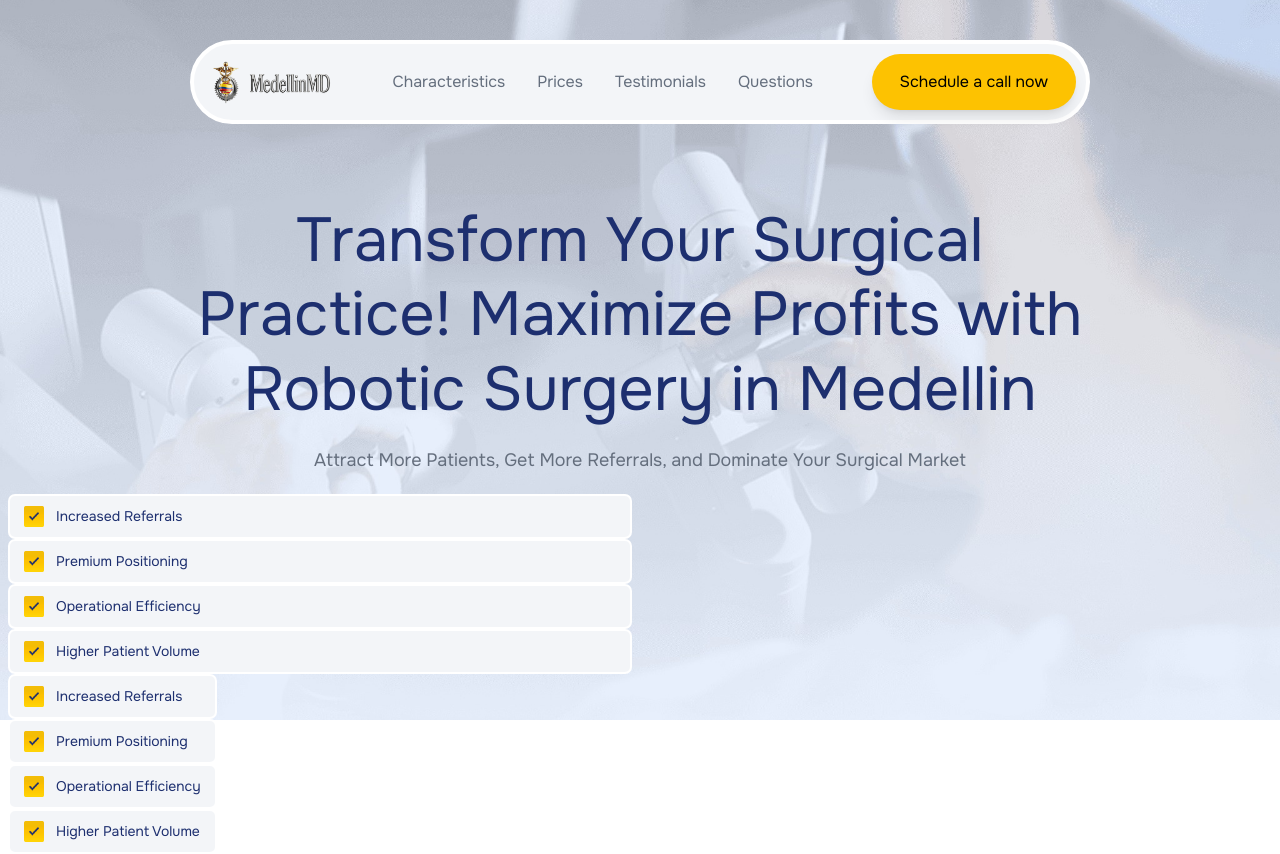
Repository: emmanueltech2019/cmd
Page: /home
These files come from the project's save history. The page is drawn as it stood at one moment and after the next save; the edit follows.
The browser window is 1280 px wide. The pictures show the whole page.
The project was rebuilt for these pictures with package versions that can differ from the ones it lists, and the page was loaded fresh each time. The framework's server and built-in components were replaced by stand-ins that run in the browser. Also part of the build but not shown: next.config.mjs.

Above is the page before, as saved 2025-05-15 16:40:30.

### src/app/home/page.jsx
import React from 'react'
import Image from 'next/image'
import medellinHero from '@/images/jpg/medellinHero.jpg'
import medellinLogo from '@/images/png/medellinLogo.png'
import medellinCheck from '@/images/png/medellinCheck.png'
import SlideView from '../components/SlideView'
import Button from '../components/Button'

const page = () => {
    const slideViewData = [
        { id: 1, text: 'Increased Referrals', image: medellinCheck },
        { id: 2, text: 'Premium Positioning', image: medellinCheck },
        { id: 3, text: 'Operational Efficiency', image: medellinCheck },
        { id: 4, text: 'Higher Patient Volume', image: medellinCheck },
    ];
  return (
    <>
        <div className={`h-screen w-full`}
            style={{
                backgroundImage: `url(${medellinHero.src})`,
                backgroundSize: 'cover',
                backgroundPosition: 'center',
                backgroundRepeat: 'no-repeat',
            }}
        >
            <nav className='py-5'>
                <div className="w-web-navwidth mx-auto bg-web-navwhite backdrop-blur-md p-web-nav-padding flex justify-between items-center rounded-web-radius border-white border-4 my-5">
                    <div className="w-web-logowidth h-web-logoheight flex justify-center items-center">
                        <Image src={medellinLogo} width={100} height={100} alt='medellin logo' className='w-full' />
                    </div>
                    <ul className="flex gap-web-navgap items-center text-navfontsize">
                        <li>
                            <button className='p-web-nav-padding bg-transparent hover:bg-web-blue text-web-navgray hover:text-white transition-all duration-500 rounded-web-navbtnradius'>Characteristics</button>
                        </li>
                        <li>
                            <button className='p-web-nav-padding bg-transparent hover:bg-web-blue text-web-navgray hover:text-white transition-all duration-500 rounded-web-navbtnradius'>Prices</button>
                        </li>
                        <li>
                            <button className='p-web-nav-padding bg-transparent hover:bg-web-blue text-web-navgray hover:text-white transition-all duration-500 rounded-web-navbtnradius'>Testimonials</button>
                        </li>
                        <li>
                            <button className='p-web-nav-padding bg-transparent hover:bg-web-blue text-web-navgray hover:text-white transition-all duration-500 rounded-web-navbtnradius'>Questions</button>
                        </li>
                    </ul>
                    <Button className='bg-web-yellow hover:bg-web-blue py-4 px-7 transition-all duration-500 hover:text-white shadow-lg rounded-web-radius'>Schedule a call now</Button>
                </div>
            </nav>
            <div className="mt-10 w-[100%] md:w-[70%] mx-auto">
                <h1 className="text-center text-web-blue text-webhero-font leading-webhero-lineheight">Transform Your Surgical Practice! Maximize Profits with Robotic Surgery in Medellin</h1>
                <p className='text-websubhero-font text-web-navgray text-center py-5'>Attract More Patients, Get More Referrals, and Dominate Your Surgical Market</p>
            </div>
            <div className="w-[50%] overflow-hidden">
                <div className="inline">
                    {slideViewData.map((item) => (
                        <SlideView key={`a-${item.id}`}>
                            <div className="flex gap-3">
                                <Image src={item.image} alt='medellin check' width={100} height={100} className='w-5' />
                                {item.text}
                            </div>
                        </SlideView>
                    ))}
                </div>
                <div className="inline-block">
                    {slideViewData.map((item) => (
                        <SlideView key={`b-${item.id}`}>
                            <div className="flex gap-3">
                                <Image src={item.image} alt='medellin check' width={100} height={100} className='w-5' />
                                {item.text}
                            </div>
                        </SlideView>
                    ))}
                </div>
            </div>
        </div>
    </>
  )
}

export default page

### src/app/globals.css
@import url('https://fonts.googleapis.com/css2?family=Onest:wght@100..900&family=Poppins:ital,wght@0,100;0,200;0,300;0,400;0,500;0,600;0,700;0,800;0,900;1,100;1,200;1,300;1,400;1,500;1,600;1,700;1,800;1,900&display=swap');

*{
  font-family: "Onest", sans-serif;
}

@tailwind base;
@tailwind components;
@tailwind utilities;

@font-face {
  font-family: 'Onset';
  src: url('/src/fonts/Onest-VariableFont_wght.ttf') format('truetype');
  font-weight: 400;
  font-style: normal;
  font-display: swap; /* recommended for better performance */
}

### src/app/components/SlideView.jsx
import React from 'react'

const slideview = ({ children }) => {
  return (
    <div className='p-web-heroslideview bg-web-navwhite border-white border-2 rounded-web-heroslideradius text-web-navfontsize text-web-blue mx-2 flex-shrink-0'>{children}</div>
  )
}

export default slideview

### src/app/components/button.jsx
import React from 'react'

const button = ({children}) => {
  return (
    <button className='bg-web-yellow hover:bg-web-blue py-4 px-7 transition-all duration-500 hover:text-white shadow-lg rounded-web-radius'>{children}</button>
  )
}

export default button

### tailwind.config.js
/** @type {import('tailwindcss').Config} */
export default {
  content: [
    "./index.html",
    "./src/**/*.{js,ts,jsx,tsx}",
  ],
  theme: {
    extend: {
      colors: {
        'web-blue': '#1d2f6f',
        'web-yellow': '#fdc201',
        'web-navwhite': '#f3f5f8',
        'web-navgray': '#646e7d',
      },
      boxShadow: {
        'web-shadow': '#abcbff08 0px 0.602187px 2.28831px 0px,'
      },
      padding: {
        'web-btn-padding': '16px 28px',
        'web-nav-padding': '10px',
        'web-heroslideview': '10px 14px'
      },
      lineHeight: {
        'webhero-lineheight': '74.4px'
      },
      fontSize: {
        'webhero-font': '62px',
        'websubhero-font': '18px',
        'web-navfontsize': '14px'
      },
      width: {
        'web-navwidth': '900px',
        'web-logowidth': '130px',
      },
      height: {
        'web-navheight': '76px',
        'web-logoheight': '56px'
      },
      borderRadius: {
        'web-radius': '99px',
        'web-navbtnradius': '8px',
        'web-heroslideradius': '7px'
      },
      gap: {
        'web-navgap': '12px'
      },
      fontFamily: {
        myFont: ['Onset']
      },
      keyframes: {
        'slide': {
          '0%': { transform: 'translateX(0)' },
          '100%': { transform: 'translateX(-100%)' },
        },
      },
      animation: {
        'slide': 'slide 10s linear infinite',
      },
    },
  },
  plugins: [],
}

Loaded but not shown: src/app/layout.jsx (common file)

After the next save:
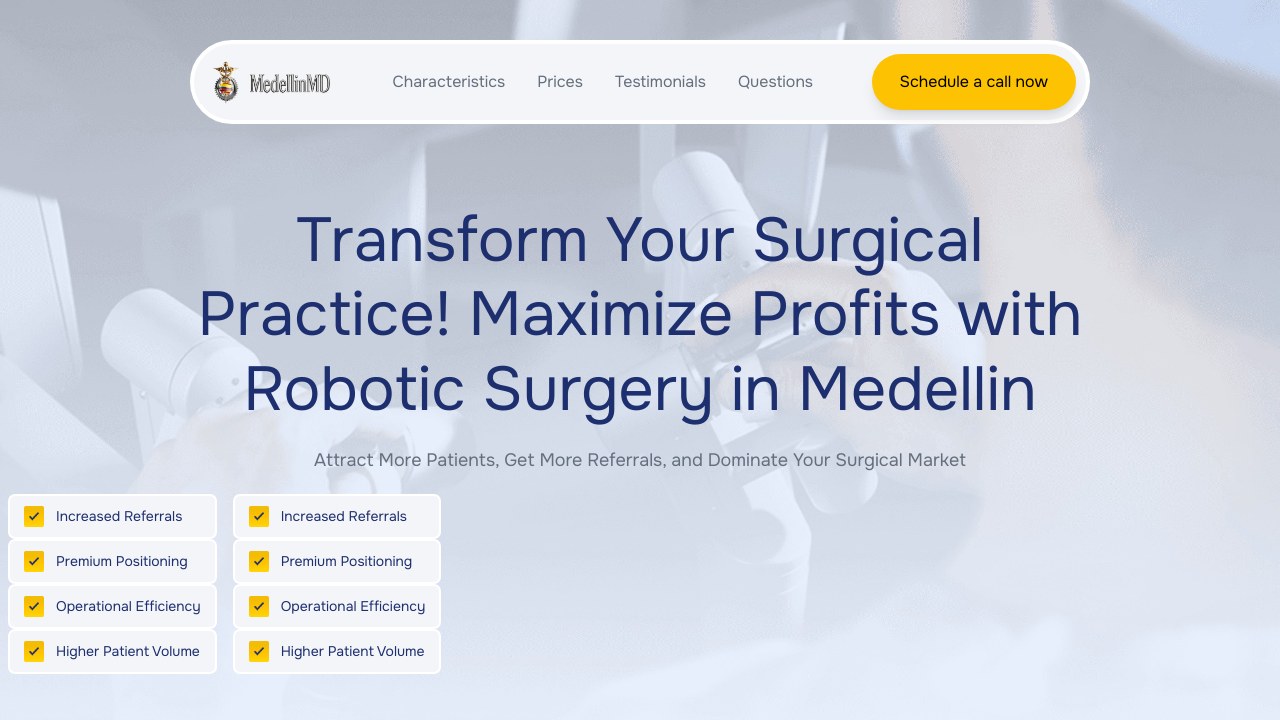
Saved 6 s later.
--- a/src/app/home/page.jsx
+++ b/src/app/home/page.jsx
@@ -50,7 +50,7 @@ const page = () => {
                 <p className='text-websubhero-font text-web-navgray text-center py-5'>Attract More Patients, Get More Referrals, and Dominate Your Surgical Market</p>
             </div>
             <div className="w-[50%] overflow-hidden">
-                <div className="inline">
+                <div className="inline-block">
                     {slideViewData.map((item) => (
                         <SlideView key={`a-${item.id}`}>
                             <div className="flex gap-3">
